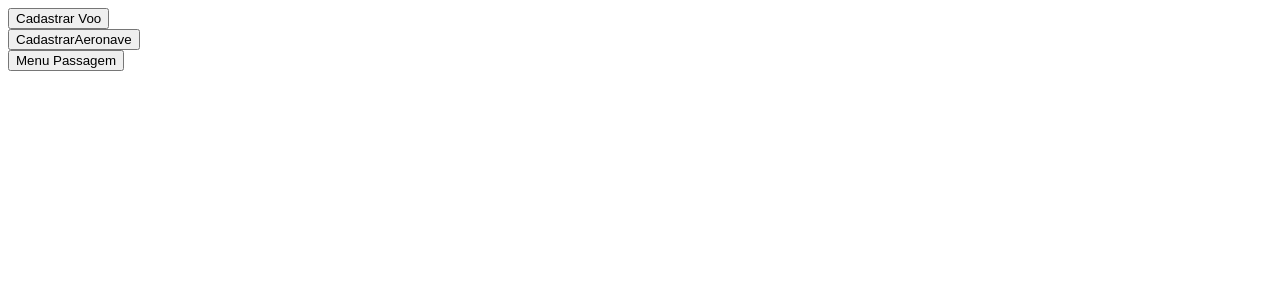
Repository: leal554/ProjetoVendaPassagemAereaWEB
Page: http://localhost/ProjetoVendaPassagemAereaWEB/Menu.jsp
These files come from the project's save history. The page is drawn as it stood at one moment and after the next save; the edit follows.
The browser window is 1280 px wide. The pictures show the whole page.
The page is served by Tomcat 9.

Above is the page before, as saved 2015-10-15 22:45:36.

After the next save:
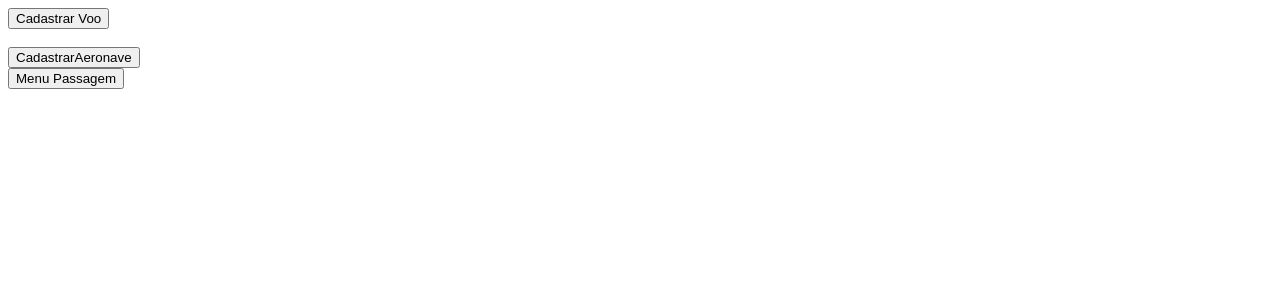
Saved 48 s later.
--- a/ProjetoVendaPassagemAereaWEB/WebContent/Menu.jsp
+++ b/ProjetoVendaPassagemAereaWEB/WebContent/Menu.jsp
@@ -10,7 +10,7 @@
 <div>
 	<button type="submit" value="Submit" name="cadastrarVoo">Cadastrar Voo</button>
 	</div>
-	<div>
+	<div><br>
 	<button type="submit" value="Submit" name="cadastrarAeronave">CadastrarAeronave</button>
 </div>
 <div>
